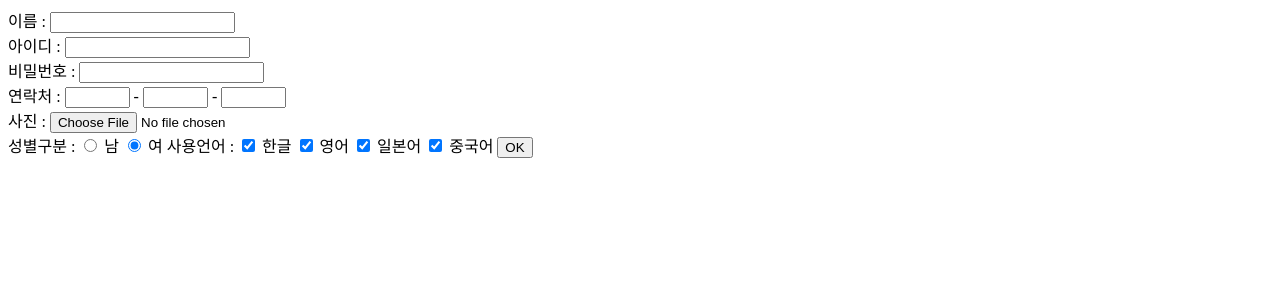
Repository: usonihs/StudyX
Page: JSP/HTML/src/main/webapp/Lec06.html
These files come from the project's save history. The page is drawn as it stood at one moment and after the next save; the edit follows.
The browser window is 1280 px wide. The pictures show the whole page.

Above is the page before, as saved 2022-10-19 06:07:42.

After the next save:
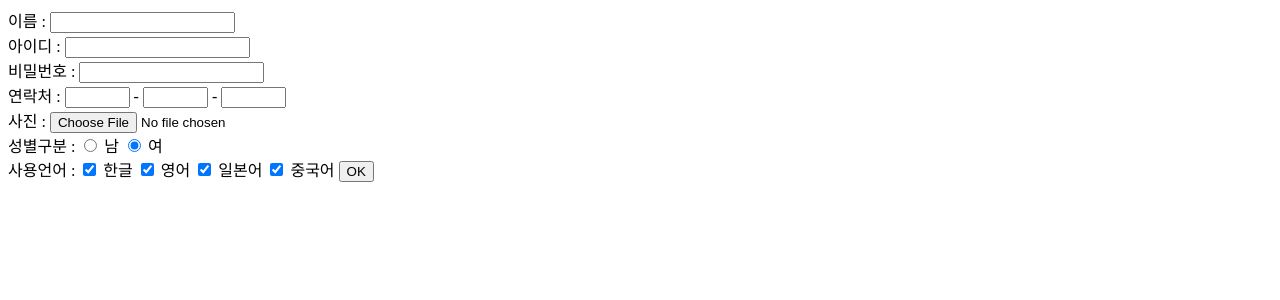
Saved 16 s later.
--- a/JSP/HTML/src/main/webapp/Lec06.html
+++ b/JSP/HTML/src/main/webapp/Lec06.html
@@ -16,7 +16,7 @@
 		사진 : <input type="file" name="picture"><br>
 		성별구분 :
 		<input type="radio" name="gender" Value="man" checked="checked"> 남
-		<input type="radio" name="gender" Value="woman" checked="checked"> 여
+		<input type="radio" name="gender" Value="woman" checked="checked"> 여 <br>
 		사용언어 :
 		<input type="checkbox" name="lang" value="kor" checked="checked"> 한글
 		<input type="checkbox" name="lang" value="eng" checked="checked"> 영어
